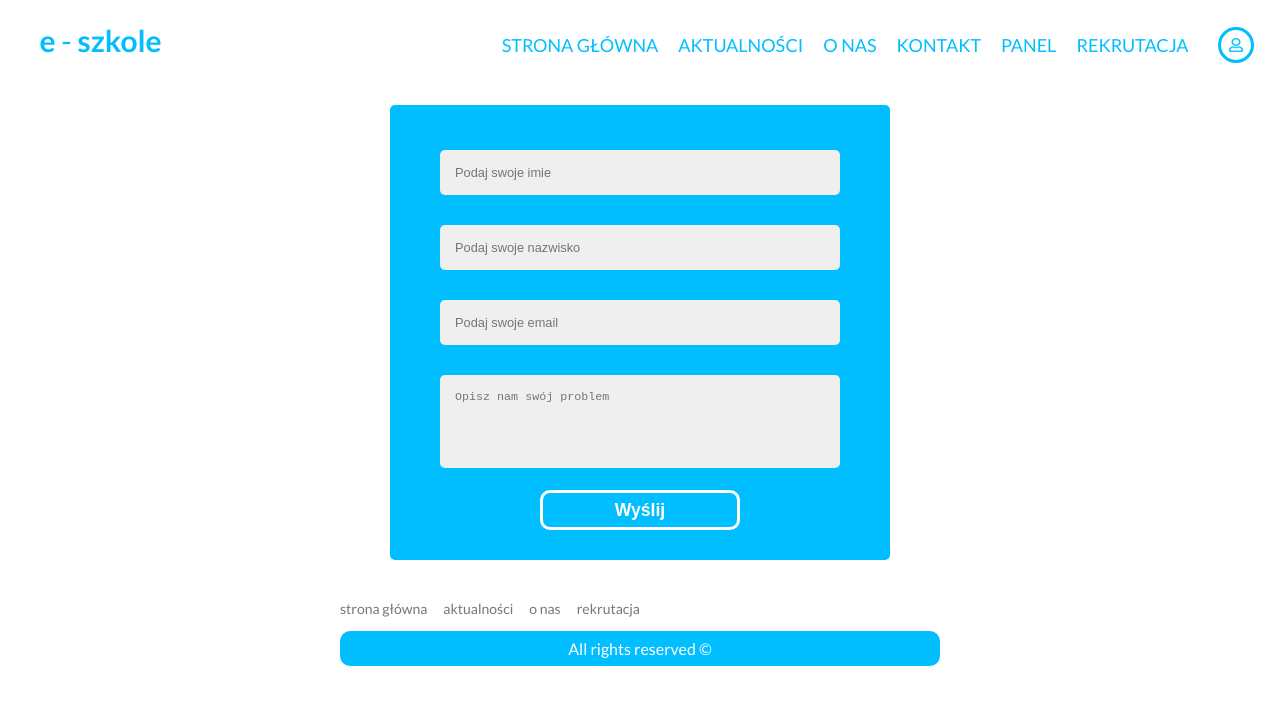
Repository: Votex874/e-szkole
Page: /kontakt (app in app/)
The author's editor kept a copy of each file at every save. The page is drawn from the files as they stood at one save, then again after a run of saves.
The browser window is 1280 px wide. The pictures show the whole page.
The project was rebuilt for these pictures with package versions that can differ from the ones it lists, and the page was loaded fresh each time. Also part of the build but not shown: app/src/components/News/Title/index.js, app/src/components/News/Content/index.js, app/src/components/News/Avatar/index.js, app/src/components/News/Footer/index.js, app/src/components/News/index.js, app/src/components/AboutUs/Content/index.js, app/src/components/AboutUs/index.js, app/src/components/Graduates/ListItem/index.js and 20 more.

Above is the page before, as saved 2019-03-11 10:23:01.

### app/src/index.js
import React from 'react';
import ReactDOM from 'react-dom';
import App from './App';
import * as serviceWorker from './serviceWorker';
import { createStore } from 'redux';
import { Provider } from 'react-redux';
import rootReducer from './reducers/rootReducer'

const store = createStore(rootReducer);

ReactDOM.render(<Provider store={store}><App /></Provider>, document.getElementById('root'));

// If you want your app to work offline and load faster, you can change
// unregister() to register() below. Note this comes with some pitfalls.
// Learn more about service workers: http://bit.ly/CRA-PWA
serviceWorker.unregister();

### app/src/App.js
import React, { Component } from 'react';
import { Route, BrowserRouter, Switch } from 'react-router-dom'
import './reset.scss'

import Home from './containers/Home/index'
import Login from './containers/Login/index'
import Contact from './containers/Contact/index'
import News from './containers/News/index'
import About from './containers/About/index'
import Recruitment from './containers/Recruitment/index'

class App extends Component {
  render() {
    return (
      <BrowserRouter>
        <Switch>
          <Route exact path='/' component={Home} />
          <Route path='/login' component={Login} />
          <Route path='/kontakt' component={Contact} />
          <Route path='/blog' component={News} />
          <Route path='/o-nas' component={About} />
          <Route path='/rekrutacja' component={Recruitment} />
        </Switch>
      </BrowserRouter>
    );
  }
}

export default App;

### app/src/reset.scss
html, body, div, span, applet, object, iframe,
h1, h2, h3, h4, h5, h6, p, blockquote, pre,
a, abbr, acronym, address, big, cite, code,
del, dfn, em, img, ins, kbd, q, s, samp,
small, strike, strong, sub, sup, tt, var,
b, u, i, center,
dl, dt, dd, ol, ul, li,
fieldset, form, label, legend,
table, caption, tbody, tfoot, thead, tr, th, td,
article, aside, canvas, details, embed,
figure, figcaption, footer, header, hgroup,
menu, nav, output, ruby, section, summary,
time, mark, audio, video {
	margin: 0;
	padding: 0;
	border: 0;
	font-size: 100%;
	font: inherit;
	vertical-align: baseline;
}
/* HTML5 display-role reset for older browsers */
article, aside, details, figcaption, figure,
footer, header, hgroup, menu, nav, section {
	display: block;
}
body {
	line-height: 1;
}
ol, ul {
	list-style: none;
}
blockquote, q {
	quotes: none;
}
blockquote:before, blockquote:after,
q:before, q:after {
	content: '';
	content: none;
}
table {
	border-collapse: collapse;
	border-spacing: 0;
}
@import url('https://fonts.googleapis.com/css?family=Lato:300,300i,400,400i,700&amp;subset=latin-ext');

 body {
	font-family: 'Lato', sans-serif;
 }

 a{
	 text-decoration: none;
 }

### app/src/containers/Contact/index.js
import React, { Component } from 'react'

import HeaderMain from '../../components/HeaderMain/index';
import Footer from '../../components/Footer/index'
import Form from '../../components/Form/index'

class Contact extends Component {
  render(){
    return (
      <React.Fragment>
        <HeaderMain />
        <Form />
        <Footer />
      </React.Fragment>
    )
  }
}

export default Contact

### app/src/components/HeaderMain/index.js
import React, { Component } from 'react';
import styled from 'styled-components'
import Logo from '../Logo/index'
import Navigation from '../Nav/index'
import Hamburger from '../Hamburger/index'

const Header = styled.header`
 max-width: 1400px;
 height: 100px;
 margin: 0 auto;
 display: flex;
 justify-content: space-between;
 align-items: center;
 box-sizing: border-box;
 margin-top: 15px;
 @media (max-width: 1400px){
   width: 96%;
   height: 50px;
   align-items: center;
 }
`

class HeaderMain extends Component {
  constructor(props){
    super(props)

    this.state = {
      width: 0
    }
  }

  componentDidMount = () => {
    this.updateWindowDimensions();
    window.addEventListener('resize', this.updateWindowDimensions);
  }

  componentWillUnmount = () => {
    window.removeEventListener('resize', this.updateWindowDimensions);
  }

  updateWindowDimensions = () => {
    this.setState({ width: window.innerWidth });
  }

  render() {
    const { width } = this.state;
    return (
      <Header>
        <Logo />
        { width <= 767 ? <Hamburger /> : <Navigation /> }
      </Header>
    );
  }
}

export default HeaderMain;

### app/src/components/Footer/index.js
import React, { Component } from 'react'
import styled from 'styled-components'
import FooterNav from './FooterNav/index'
import { lightBlue } from '../../constColors'

const FooterContainer = styled.footer`
  width: 600px;
  margin: 0 auto;
  @media (max-width: 767px){
    width: 100%;
  }
`

const FooterBanner = styled.div`
  background-color: ${lightBlue};
  display: flex;
  justify-content: center;
  align-items: center;
  color: #fff;
  margin: 15px auto;
  height: 35px;
  border-radius: 10px;
  @media (max-width: 767px){
    width: 100%;
    border-radius: 0;
  }
`

class Footer extends Component {
  render(){
    return (
      <FooterContainer>
        <FooterNav />
        <FooterBanner>All rights reserved &copy; </FooterBanner>
      </FooterContainer>
    )
  }
}


export default Footer

### app/src/components/Form/index.js
import React, { Component } from 'react'
import styled from 'styled-components'

import Input from './Input/index'
import Textarea from './Textarea/index'
import { lightBlue } from '../../constColors'

const FormContainer = styled.form`
  display: flex;
  flex-direction: column;
  width: 500px;
  margin: 40px auto;
  background-color: ${lightBlue};
  border-radius: 5px;
  box-sizing: border-box;
  padding: 30px 0;
  @media (max-width: 767px){
    width: 300px;
  }
`

const InputButton = styled.input`
  width: 200px;
  margin: 15px auto 0 auto;
  font-weight: bold;
  border-radius: 10px;
  border: 3px solid #fff;
  color: #fff;
  font-size: 110%;
  background-color: ${lightBlue};
  cursor: pointer;
  height: 40px;
  transition: .2s;
  @media (max-width: 767px){
    width: 50%;
  }
  @media (min-width: 1400px){
    &:hover{
      color: ${lightBlue};
      background-color: #fff;
    }
  }
`

class Form extends Component{
  constructor(props){
    super(props)

    this.state = {
      name: '',
      surname: '',
      email: '',
      content: '',
      formFields: [
        {
          name: 'name',
          type: 'text',
          value: '',
          placeholder: 'Podaj swoje imie',
          onChange: this.handleChangeName
        },
        {
          name: 'surname',
          type: 'text',
          value: '',
          placeholder: 'Podaj swoje nazwisko',
          onChange: this.handleChangeSurName
        },
        {
          name: 'email',
          type: 'email',
          value: '',
          placeholder: 'Podaj swój email',
          onChange: this.handleChangeEmail
        }
      ]
    }
  }

  handleChange = e => {
    this.setState({ [e.target.name]: e.target.value })
  }

  render(){
    const { name, surname, email, content } = this.state
    return (
      <FormContainer>
        <Input name="name" type="text" placeholder='Podaj swoje imie'
          onChange={this.handleChange}
          value={name} />
        <Input name="surname" type="text" placeholder='Podaj swoje nazwisko'
          onChange={this.handleChange}
          value={surname} />
        <Input name="email" type="email" placeholder='Podaj swoje email'
          onChange={this.handleChange}
          value={email} />
        <Textarea name="content" placeholder="Opisz nam swój problem"
          onChange={this.handleChange}
          value={content} />
        <InputButton type="submit" value="Wyślij" />
      </FormContainer>
    )
  }
}

export default Form

### app/src/components/Logo/index.js
import React, { Component } from 'react';
import styled from 'styled-components'
import { shineOnHover, lightBlue } from '../../constColors'
import { Link } from 'react-router-dom'

const Alink = styled.span`
  display: flex;
  flex-direction: column;
  justify-content: center;
  align-items: center;
  width: 225px;
  padding: 0 10px;
  text-decoration: none;
  font-size: 50px;
  @media (max-width: 767px) {
    width: 150px;
    height: auto;
    font-size: 28px;
    align-items: flex-start;
    justify-content: flex-start;
    padding: 0;
  }
  @media (min-width: 768px) and (max-width: 1400px) {
    width: 150px;
    font-size: 30px;
    padding: 0;
  }
  @media (min-width: 1401px){
    ${shineOnHover}
  }
`
const Span = styled.h1`
  color: ${lightBlue};
  transition: .2s;
`
const Bold = styled.b`
  font-weight: bold;
`

class Logo extends Component {
  constructor(props){
    super(props)

    this.state = {
      logoLink: '/'
    }
  }
  render() {
    const { logoLink } = this.state;
    return (
      <Link to={logoLink}>
        <Alink>
          <Span id='logo' className="logo2"><Bold>e</Bold> - <Bold>szkole</Bold></Span>
        </Alink>
      </Link>
    );
  }
}

export default Logo;

### app/src/components/Nav/index.js
import React, { Component } from 'react';
import { connect } from 'react-redux'
import styled from 'styled-components'
import SingleLink from './Link/index'
import LoginButton from './../LoginButton/index';


const Nav = styled.nav`
  display: flex;
  margin: 10px 20px 0 auto;
  @media (max-width: 767px){
    flex-direction: column;
    margin: 120px 0 0 0;
  }
`

class Navigation extends Component {

  render() {
    const { links } = this.props;
    let listOfLinks = [];
    let i = 0;
    for (const key of Object.keys(links)) {
      // console.log(key, links[key]);
      listOfLinks[i] = <SingleLink data={links[key]} key={key} />
      i++;
    }
    return (
      <React.Fragment>
        <Nav>
          {listOfLinks}
        </Nav>
        <LoginButton />
      </React.Fragment>
    );
  }
}

const mapStateToProps = (state) => {
  return {
    links: state.links
  }
}

export default connect(mapStateToProps)(Navigation);

### app/src/components/Hamburger/index.js
import React, { Component } from 'react';
import styled from 'styled-components'
import hamburgerImg from '../../images/icons/hamburger.png'
import times from '../../images/icons/times.png'
import Navigation from '../Nav/index'

const Hamburger = styled.div`
  width: 40px;
  height: 40px;
`

const HamburgerImg = styled.img`
  width: 100%;
  height: 100%;
  opacity: 1;
  transition: .4s;
  position: relative;
  z-index: 10;
`

const MobileContainer = styled.div`
  position: absolute;
  display: flex;
  flex-direction: column-reverse;
  top: 0;
  left: 0;
  width: 100vw;
  height: 100vh;
  background-color: #fff;
  opacity: .9;
  z-index: 1;
  transition: .3s;
`

class Hambuger extends Component {
  constructor(props){
    super(props)

    this.body = document.querySelector('body');

    this.state = {
      imgAlt: 'hamburgerMenuIcon',
      imgSrc: hamburgerImg,
      fade: 1,
      displayMobile: 'none'
    }
  }

  handleHamburger = () => {
    const { imgSrc } = this.state;
    setTimeout( () => {
      if (imgSrc !== hamburgerImg) {
        this.body.style.overflow = "auto";
        this.setState({
          imgSrc: hamburgerImg,
          displayMobile: 'none',
          fade: 1
        })
      } else {
        this.body.style.overflow = "hidden";
        this.setState({
          imgSrc: times,
          displayMobile: 'block',
          fade: 1
        })
      }
    }, 400)
    this.setState({
      fade: 0
    })
  }

  render() {
    const { imgAlt, imgSrc, fade, displayMobile } = this.state
    return (
      <Hamburger>
        <HamburgerImg style={{opacity: fade}} src={imgSrc} alt={imgAlt} onClick={this.handleHamburger}/>
        <MobileContainer style={{display: displayMobile}}>
          <Navigation />
        </MobileContainer>
      </Hamburger>
    );
  }
}


export default Hambuger;

### app/src/components/Footer/FooterNav/index.js
import React, { Component } from 'react'
import styled from 'styled-components'
import NavLink from './NavLink/index'
import { connect } from 'react-redux'

const NavContainer = styled.nav`
  display: flex;
  justify-content: space-between;
  width: 50%;
  @media (max-width: 767px){
    width: 90%;
    margin: 0 auto;
  }
`

class FooterNav extends Component {
  constructor(props){
    super(props)

    this.state = {
      nav: []
    }
  }
  componentDidMount = () => {
    const { links } = this.props
    let listOfNavs = [];
    let i = 0;
    for (const key of Object.keys(links)) {
      if(links[key].basic === 'true'){
        listOfNavs[i] =
          <NavLink name={links[key].name} url={links[key].url} key={key} />
        i++;
      }
    }
    this.setState({
      nav: listOfNavs
    })
  }

  render(){
    const { nav } = this.state;
    return(
      <NavContainer>
        {nav}
      </NavContainer>
    )
  }
}

const mapStateToProps = (state) => {
  return {
    links: state.links
  }
}

export default connect(mapStateToProps)(FooterNav);

### app/src/constColors.js
const brown = '#BF5000';
const greenDark = '#008723';
const greenLight = '#34BD56';
const lightBlue = '#00BEFF';
const turquoise = '#fff';
const darkBlue = '#0057AE';

const shineOnHover = `
position: relative;
    overflow: hidden;
    display: inline-block;
    border-radius: 5px;
    text-align: center;
    line-height: 50px;

  &:after {
    content: "";
    position: absolute;
    top: -110%;
    left: -210%;
    width: 200%;
    height: 200%;
    opacity: 0;
    /* transform: rotate(30deg); */

    background: rgba(0, 190, 255, 0.13);
    background: linear-gradient(
      to right,
      rgba(0, 190, 255, 0.13) 0%,
      rgba(0, 190, 255, 0.13) 77%,
      rgba(0, 190, 255, 0.5) 92%,
      rgba(0, 190, 255, 0.0) 100%
    );
  }

  &:hover:after {
    opacity: 1;
    top: -30%;
    left: -30%;
    transition-property: left, top, opacity;
    transition-duration: 0.7s, 0.7s, 0.15s;
    transition-timing-function: ease;
  }


  &:active:after {
    opacity: 0;
  }
`

export { brown, greenLight, greenDark, lightBlue, shineOnHover, turquoise, darkBlue }

### app/src/components/Form/Input/index.js
import React, { Component } from 'react'
import styled from 'styled-components'

const LabelElement = styled.label`
  width: 400px;
  margin: 10px auto;
  padding: 5px 0;
  @media (max-width: 767px){
    width: 240px;
  }
`

const InputElement = styled.input`
  width: 100%;
  box-sizing: border-box;
  margin: 0 auto;
  padding: 15px;
  font-size: 80%;
  border-radius: 5px;
  border: none;
  background-color: #efefef;
  transition: .2s;
  @media (max-width: 767px){
    padding: 10px;
  }
  &:focus{
    outline: none;
    border-bottom: 3px solid #54F1B4;
    background-color: #fff;
  }
`

class Input extends Component {
  render() {
    const { type, name, value, placeholder, onChange } = this.props
    return (
      <LabelElement>
        <InputElement type={type} name={name} onChange={onChange} value={value} placeholder={placeholder} />
      </LabelElement>
    )
  }
}

export default Input

### app/src/components/Form/Textarea/index.js
import React, { Component } from 'react'
import styled from 'styled-components'

const LabelElement = styled.label`
  width: 400px;
  margin: 5px auto;
  @media (max-width: 767px){
    width: 240px;
  }
`

const TextareaElement = styled.textarea`
  width: 100%;
  box-sizing: border-box;
  margin: 10px auto 0 auto;
  padding: 15px 0 50px 15px;
  font-size: 90%;
  border-radius: 5px;
  background-color: #efefef;
  border: none;
  resize: none;
  transition: .2s;
  @media (max-width: 767px){
    padding: 10px 0 50px 10px;
  }
  &:focus{
    outline: none;
    background-color: #fff;
    border-bottom: 3px solid #54F1B4;
  }
`

class Textarea extends Component {
  render() {
    const { name, value, placeholder, onChange } = this.props
    return (
      <LabelElement>
        <TextareaElement name={name} onChange={onChange} value={value} placeholder={placeholder} />
      </LabelElement>
    )
  }
}

export default Textarea

### app/src/components/Nav/Link/index.js
import React from 'react';
import styled from 'styled-components'
import { shineOnHover, lightBlue } from '../../../constColors'
import { Link } from 'react-router-dom'

const Alink = styled.span`
  text-decoration: none;
  color: ${lightBlue};
  margin: 10px 0;
  padding: 0 12px;
  font-size: 20px;
  text-transform: uppercase;
  text-align: center;

  @media (max-width: 767px){
    font-size: 24px;
    display: flex;
    justify-content: center;
    align-items: center;
  }
  @media (min-width: 768px) and (max-width: 1050px){
    font-size: 14px;
    margin: 10px 0;
    padding: 4px;
  }
  @media (min-width: 1051px) and (max-width: 1400px){
    font-size: 18px;
    margin: 10px 0;
    padding: 0 10px;
  }
  @media (min-width: 1401px){
    ${shineOnHover}
}
`

const SingleLink = ({ data }) => {
  const handleClick = () => {
    document.querySelector('body').style.overflow = "auto";
  }
  return (
    <Link onClick={handleClick} to={data.url}>
      <Alink>
        {data.name}
      </Alink>
    </Link>
  )
}

export default SingleLink;

### app/src/components/LoginButton/index.js
import React, { Component } from 'react';
import styled from 'styled-components'
import imgUser from '../../images/icons/loginUser.png'
import { shineOnHover, lightBlue } from '../../constColors'
import { Link } from 'react-router-dom'

const ButtonAlink = styled.span`
  width: 160px;
  height: 30px;
  font-size: 14px;
  text-transform: uppercase;
  font-weight: bold;
  text-decoration: none;
  display: flex;
  justify-content: center;
  align-items: center;
  border-radius: 20px;
  border: 3px solid ${lightBlue};
  margin-top: 10px;
  @media (max-width: 767px){
    position: absolute;
    top: 15px;
    left: 10px;
    width: 220px;
    height: 40px;
    font-size: 24px;
  }
  @media (min-width: 768px) and (max-width: 1400px){
    width: 30px;
  }
  @media (min-width: 1401px){
    ${shineOnHover}
    border-radius: 20px;
    line-height: normal;
    display: flex;
  }
`

const IconImg = styled.img`
  background-position: center;
  background-size: cover;
  background-repeat: no-repeat;
  margin-left: 15px;
  width: 14px;
  height: 14px;
  @media (max-width: 767px){
    width: 26px;
    height: 26px;
  }
  @media (min-width: 768px) and (max-width: 1400px){
    margin-left: 0;
  }
`
const SpanText = styled.span`
  color: ${lightBlue};
  @media (min-width: 768px) and (max-width: 1400px){
    display: none;
  }
`

class LoginButton extends Component {
  constructor(props){
    super(props)

    this.state = {
      loginLink: '/login'
    }
  }

  handleEnableScroll = () => {
    document.querySelector('body').style.overflow = "auto";
  }

  render() {
    const { loginLink } = this.state;
    return (
      <Link onClick={this.handleEnableScroll} to={loginLink} >
        <ButtonAlink>
          <SpanText>zaloguj się</SpanText>
          <IconImg src={imgUser} />
        </ButtonAlink>
      </Link>
    );
  }
}

export default LoginButton;

### app/src/components/Footer/FooterNav/NavLink/index.js
import React from 'react'
import styled from 'styled-components'
import { Link } from 'react-router-dom'

const Alink = styled.span`
  text-decoration: none;
  font-size: 14px;
  color: #777;
  @media (max-width: 767px){
    font-size: 12px;
  }
  @media (min-width: 768px) and (max-width: 1400px){
    font-size: 14px;
  }
`


const NavLink = ({ name, url }) => {
  return (
    <Link to={url}>
      <Alink>{name}</Alink>
    </Link>
  )
}

export default NavLink

### app/src/components/SectionTitle/index.js
import React from 'react'
import styled from 'styled-components'
import { lightBlue } from '../../constColors'

const HeaderTitle = styled.h2`
  color: ${lightBlue};
  font-size: 32px;
  text-transform: uppercase;
  font-weight: bold;
  text-align: center;
  @media (max-width: 767px){
    font-size: 22px;
  }
  @media (min-width: 768px) and (max-width: 1400px){
    font-size: 28px;
  }
`
const HeaderImg = styled.img`
  width: 40px;
  height: 30px;
  margin-left: 10px;
  @media(max-width: 767px){
    width: 30px;
    height: 20px;
  }
  @media (min-width: 768px) and (max-width: 1400px){
    width: 36px;
    height: 26px;
  }
`

const Header = styled.header`
  display: flex;
  justify-content: center;
  align-items: center;
  width: 90%;
  margin: 25px auto;
`

const SectionTitle = ({ title, img }) => {
  return (
    <Header>
      <HeaderTitle>{title}</HeaderTitle>
      <HeaderImg src={img} alt="ikona zespolu"/>
    </Header>
  )
}


export default SectionTitle;

Loaded but not shown: app/public/index.html (common file); app/src/serviceWorker.js (common file); app/src/reducers/rootReducer.js (169 lines, source omitted)

After the next 2 saves:
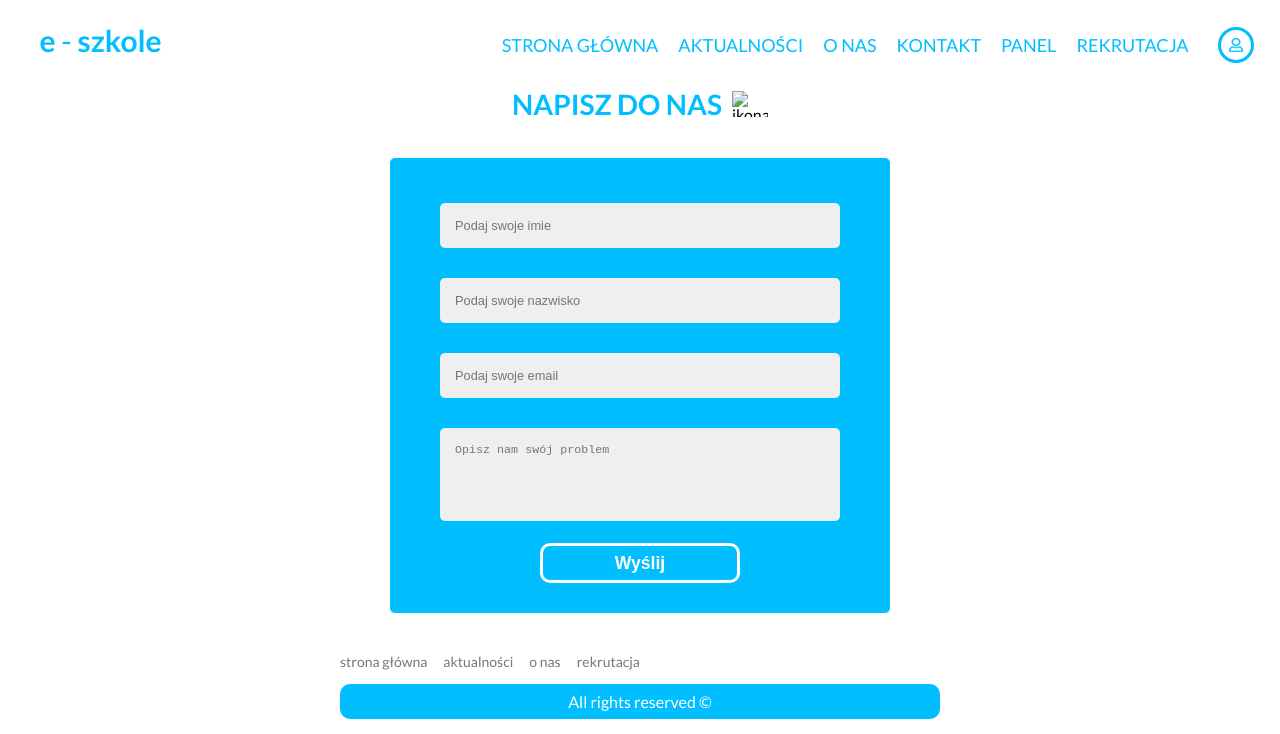
The 2 saves are shown as one change because 1 did not build or start.
The last was saved 73 s later.
--- a/app/src/components/Form/index.js
+++ b/app/src/components/Form/index.js
@@ -3,6 +3,7 @@ import styled from 'styled-components'
 
 import Input from './Input/index'
 import Textarea from './Textarea/index'
+import SectionTitle from '../SectionTitle/index'
 import { lightBlue } from '../../constColors'
 
 const FormContainer = styled.form`
@@ -84,21 +85,24 @@ class Form extends Component{
   render(){
     const { name, surname, email, content } = this.state
     return (
-      <FormContainer>
-        <Input name="name" type="text" placeholder='Podaj swoje imie'
-          onChange={this.handleChange}
-          value={name} />
-        <Input name="surname" type="text" placeholder='Podaj swoje nazwisko'
-          onChange={this.handleChange}
-          value={surname} />
-        <Input name="email" type="email" placeholder='Podaj swoje email'
-          onChange={this.handleChange}
-          value={email} />
-        <Textarea name="content" placeholder="Opisz nam swój problem"
-          onChange={this.handleChange}
-          value={content} />
-        <InputButton type="submit" value="Wyślij" />
-      </FormContainer>
+      <React.Fragment>
+        <SectionTitle title="Napisz do nas" />
+        <FormContainer>
+          <Input name="name" type="text" placeholder='Podaj swoje imie'
+            onChange={this.handleChange}
+            value={name} />
+          <Input name="surname" type="text" placeholder='Podaj swoje nazwisko'
+            onChange={this.handleChange}
+            value={surname} />
+          <Input name="email" type="email" placeholder='Podaj swoje email'
+            onChange={this.handleChange}
+            value={email} />
+          <Textarea name="content" placeholder="Opisz nam swój problem"
+            onChange={this.handleChange}
+            value={content} />
+          <InputButton type="submit" value="Wyślij" />
+        </FormContainer>
+      </React.Fragment>
     )
   }
 }
